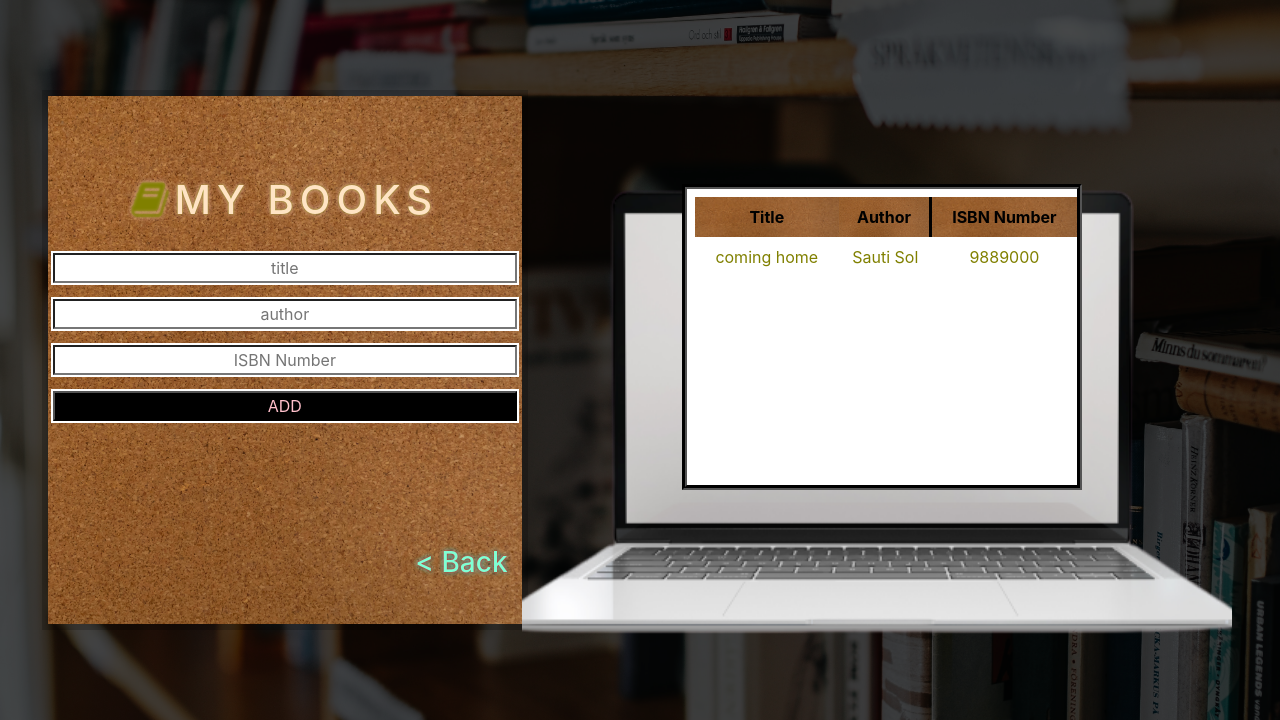
Repository: CSituma/Home-Library-App
Page: libu.html
These files come from the project's save history. The page is drawn as it stood at one moment and after the next save; the edit follows.
The browser window is 1280 px wide. The pictures show the whole page.
Some web libraries are served in a nearby version.

Above is the page before, as saved 2020-11-07 10:51:05.

### libu.html
<!DOCTYPE html>
<html lang="en">
<head>
    <meta charset="UTF-8">
    <meta name="viewport" content="width=device-width, initial-scale=1.0">
    <meta http-equiv="X-UA-Compatible" content="ie=edge">
    <link rel="stylesheet" href="style.css">
    <link rel="stylesheet" href="https://cdnjs.cloudflare.com/ajax/libs/font-awesome/4.7.0/css/font-awesome.min.css"/>
<link rel="stylesheet" href="https://stackpath.bootstrapcdn.com/bootstrap/4.5.0/css/bootstrap.min.css" integrity="sha384-9aIt2nRpC12Uk9gS9baDl411NQApFmC26EwAOH8WgZl5MYYxFfc+NcPb1dKGj7Sk" crossorigin="anonymous"/>
<link rel="stylesheet" href="https://cdnjs.cloudflare.com/ajax/libs/animate.css/4.0.0/animate.min.css"/>
  <title>BOOK TRACKER</title>
</head>
<body>
    <div class="columns">
        <div class="js">

            <h1><i class="fa fa-book"></i>MY BOOKS</h1>
            <form id="form">
                <input type= "text" id= "title"  placeholder="title">
                <input type= "text" id= "author" placeholder="author" >
                <input type= "text" id= "number" placeholder="ISBN Number">
                <input type= "submit"id= "button" value="ADD">
            </form>
        <h3> <a href= "./index.html"> < Back </a></h3>
        </div>
        <div class="storage" >
              <div class="storage_items">
        <table id="table">
            <thead>
                <tr>
                <th id="title">Title</th>
                <th>Author</th>
                <th>ISBN Number</th>
                <th> </th>
                </tr>
                </thead>
                <tbody class="Booklist" id="booklist">
                      <tr>
                          <td>coming home</td>
                          <td>Sauti Sol</td>
                          <td>9889000</td>
                      </tr>
                </tbody>
            </table>
            </div>
        </div>
</div>
    <script src="lib.js"></script>
 </body>
 </html>

### style.css
/*homepage//////////////*/
body,
html {
  width: 100%;
  margin: 0;
  padding: 0;
  height: 100%;
  background: url("./images/sandra-seitamaa-qkIWnKtGhg4-unsplash.jpg")
    center/cover no-repeat fixed;
}

.container {
  margin: 10em 20em 20em 20em;
  height: 400px;
  width: 40%;
  background-color: rgba(146, 116, 15, 0.445);
  text-align: center;
}

.lol {
  padding-top: 5em;
  font-weight: 800;
  font-style: italic;
}
span {
  color: yellow;
  font-weight: 400;
}
#lolone {
  color: ghostwhite;
}

h3 {
  padding-top: 4em;
  float: right;
  margin-right: 0.5em;
  font-weight: 900;
  font-size: 2rem;
  text-shadow: 0 0 3px #FF0000, 0 0 5px aqua;
}

h3 a {
  text-decoration: none;
 color: aquamarine;

}

h3 a:hover {
  text-decoration: none;
  color: burlywood;
}

#you {
  padding: 1rem;
  color: gold;
}

/*library////////////////*/
.columns {
  display: flex;
  justify-content: space-between;
  max-width: 100%;
  max-height: 100%;
  background: rgba(0, 0, 0, 0.692) fixed;

}
h1{
  letter-spacing: 6px;
  text-shadow: 0 0 3px olive, 0 0 5px pink;
  padding-top:2em;
  margin: 0;
  color: bisque;

}
table {
  background: black;
  width: 100%;
  margin:0.5em;
  margin-left:0.2em;
  text-align: center;
  color:white;

}


td{
  margin: 2em;
}
tr{
  border-left: white 5px solid;
  height: 40px;
}
th {
  color: black;
  background:url('./images/josephine-bredehoft-KsAo8ouBn8A-unsplash.jpg') center/cover no-repeat;
  outline: none;
}
tbody tr:nth-child(odd){
  background:white;
 color: olive;
}
tbody tr:nth-child(odd):hover {
  box-shadow: 0 0 0 2px white;

}
tbody tr:nth-child(even){
background:black;

}
tbody tr:nth-child(even):hover{
  box-shadow: 0 0 0 2px gray;
}

 .fa {
   color:rgba(128, 128, 0, 0.397);
 }
 .fa:hover{
   font-size:1.3em;
 }
form {
  padding: 0.3em;
  margin-top: 1em;
}

form input {
  width: 100%;
  margin: 0.5em 0;
  -webkit-box-shadow: 0 0 0 2px white;
  box-shadow: 0 0 0 2px white;
}

:placeholder-shown {
  text-align: center;
}

#button {
  color: pink;
  background-color: black;
}

/*/////////////////////////////////*/
.storage_items {

  background-color: white;
  width:100%;
  max-height: 70%;
  margin-left: 8em;
  margin-top: 5em;
  margin-bottom: 2em;
  border: rgb(0, 0, 0) 5px solid;
  border-style: groove;
  padding-bottom: 15em;
  overflow: scroll;
  scroll-behavior: smooth;
  scrollbar-width: 2px;
}
.storage {
  background:url("./images/1463-removebg-preview.png") center/cover no-repeat;
  width: 60%;
  height: 85vh;
  margin: 6em 3em 6em 0;
  border-radius: 3px;

}
.js {
  -webkit-box-shadow: 0 0 0 6px rgba(0, 0, 0, 0.191);
  box-shadow: 0 0 0 6px rgba(0, 0, 0, 0.191);
  text-align: center;
  width: 40%;
  margin: 6em 0em 6em 3em;
  background: url("./images/josephine-bredehoft-KsAo8ouBn8A-unsplash.jpg")
    center/cover no-repeat;
}

@media screen and (max-width:1000px) {
  .storage{
    margin-right: 0;

    background: url("./images/719-removebg-preview.png") center/cover no-repeat;
  }
  .storage_items{
    margin:0;
    font-size: 13px;
   border: 10px solid black;
   border-radius: 45px;
   border-bottom-right-radius:5px;
   border-bottom-left-radius:5px;
   border-top-right-radius:15px;

   padding:0;
   padding-bottom: 15em;

}

.js{
  margin: 0;}


}

@media screen and (min-width:1000px) {

 .storage_items{
  max-height: 60%;
    background-color: white;
    width: 400px;
    height: 50%;
    margin-left: 10em;
    margin-top: 5.5em;

  }


 }

### lib.js
// Book Class: Represents a Book
class Book {
  constructor(title, author, isbn) {
    this.title = title;
    this.author = author;
    this.isbn = isbn;
  }
}

// UI Class: Handle UI Tasks
class UI {
//display Books.//
static displayBooks () {
 const books = Store.getBooks();
 books.forEach(((book) =>
  UI.addBookToList(book)));
}


//addbooks
static addBookToList(book) {


const bookList = document.querySelector('#booklist');
const row = document.createElement('tr');

row.innerHTML= `<td>${book.title} </td>
               <td>${book.author}</td>
               <td>${book.isbn}</td>
              <td><i class="fa fa-trash-o"></i></td>`;

bookList.appendChild(row);

}


//deletebooks
static deleteBook(el){
 if(el.classList.contains('fa')){
   el.parentElement.parentElement.remove();
  }}
////show alert msg
static showAlert(message, className){
const div = document. createElement('div');
div.className = `alert alert-${className}`;
div.appendChild(document.createTextNode(message));
const button = document.getElementById('button');
const form = document.getElementById('form');


form.insertBefore(div, button);


//message vanishing//

setTimeout(() => {
  document.querySelector('.alert').remove();
}, 3000);

}

//clear fields//

static clearFields() {
  document.querySelector('#title').value = '';
  document.querySelector('#author').value = '';
  document.querySelector('#number').value = '';
}

}

///Events:
/* 1. Display Books */

document.addEventListener('DOMContentLoaded', UI.displayBooks);

/* 2. Add Books*/
document.querySelector("#form").addEventListener('submit',(e) =>
{
e.preventDefault();
///get form values//
const title = document.querySelector('#title').value;
const author = document.querySelector('#author').value;
const isbn = document.querySelector('#number').value;

  // Validate
 if(title ===''|| author===''|| isbn===''){
   UI.showAlert('Please fill in the Form', 'danger')
 }
else{
  //instantiate Book
  const book = new Book(title,author,isbn);

//////Adding
UI.addBookToList(book);

Store.addBook(book);

///Show Sucess Message
UI.showAlert('Added', 'success');
//Clearfields
UI.clearFields();


 }
}
);


/////3. Remove BOOK////
document.querySelector('#booklist').addEventListener('click', (e)=>{
e.preventDefault();
//deleting from UI

UI.deleteBook(e.target);
///deleting from Store
Store.removeBook(e.target.parentElement.previousElementSibling.textContent);
//Message
UI.showAlert('Book Deleted', 'danger');

}
);

///localStorage
class Store{
  static getBooks(){
    let books;
   if (localStorage.getItem('books') === null){
     books = [];
   }
   else {
     books = JSON.parse(localStorage.getItem('books'));
   }
   return books;
  }

  static addBook(book){
    const books= Store.getBooks();
    books.push(book);
   localStorage.setItem('books',JSON.stringify(books));
  }
  static removeBook(isbn) {
    const books = Store.getBooks();

    books.forEach((book, index) => {
      if(book.isbn === isbn) {
        books.splice(index, 1);
      }
    });
    localStorage.setItem('books', JSON.stringify(books));
  }
}

After the next save:
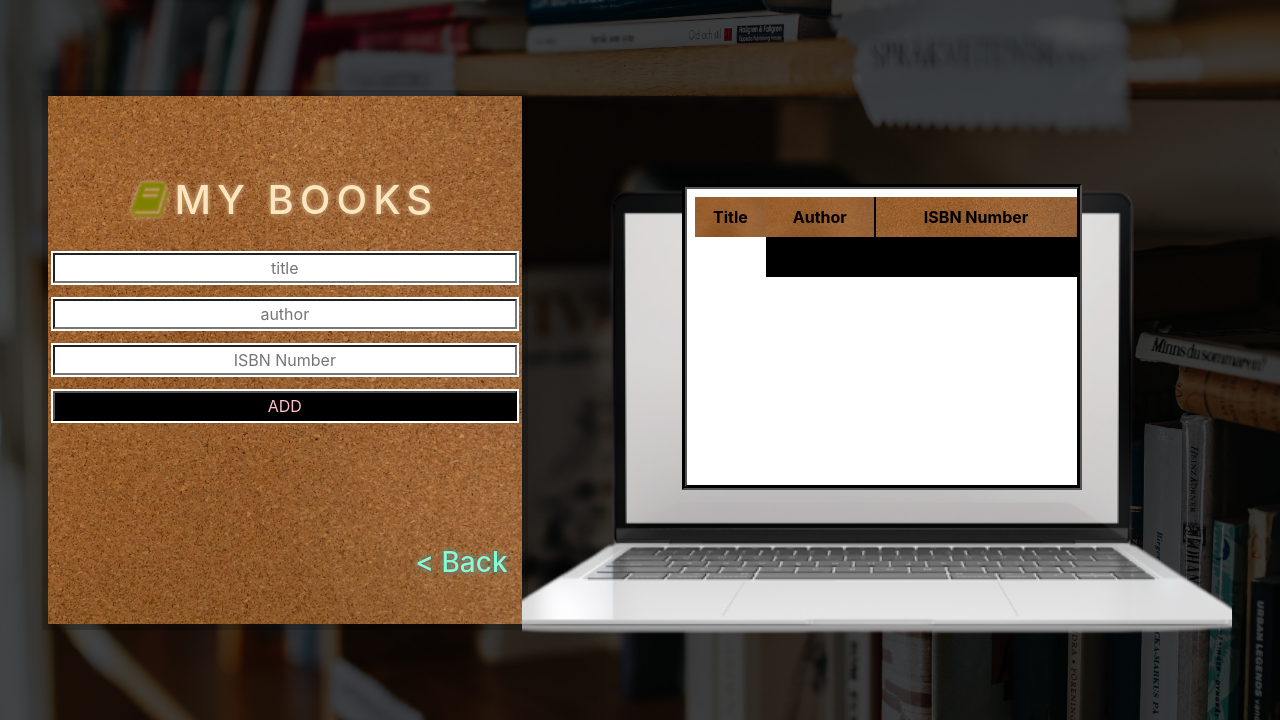
Saved 2 days later.
--- a/libu.html
+++ b/libu.html
@@ -36,9 +36,8 @@
                 </thead>
                 <tbody class="Booklist" id="booklist">
                       <tr>
-                          <td>coming home</td>
-                          <td>Sauti Sol</td>
-                          <td>9889000</td>
+                          <td></td>
+
                       </tr>
                 </tbody>
             </table>
